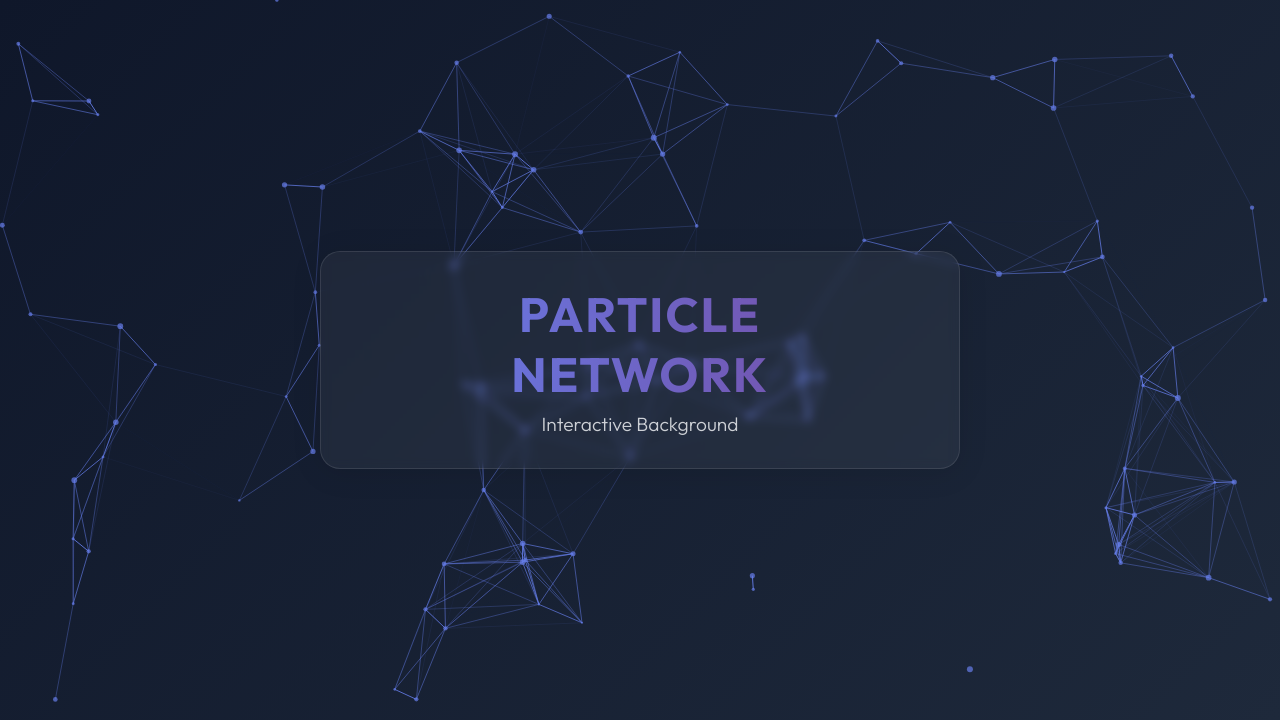
Repository: Shaeel-0005/Drinking-Water-Delivery-System
Page: AquaFlow_Final/particle_network/index.html
An editor plug-in stored every save of this project. The page is shown before and after the next save, followed by the edit.
The browser window is 1280 px wide. The page is 1280 px wide, then 1288 px, then 1280 px, so the pictures cover 1288 px, including what lies to the right of the window. The pictures show the whole page.

Above is the page before, as saved 2026-01-22 21:00:17.

After the next save:
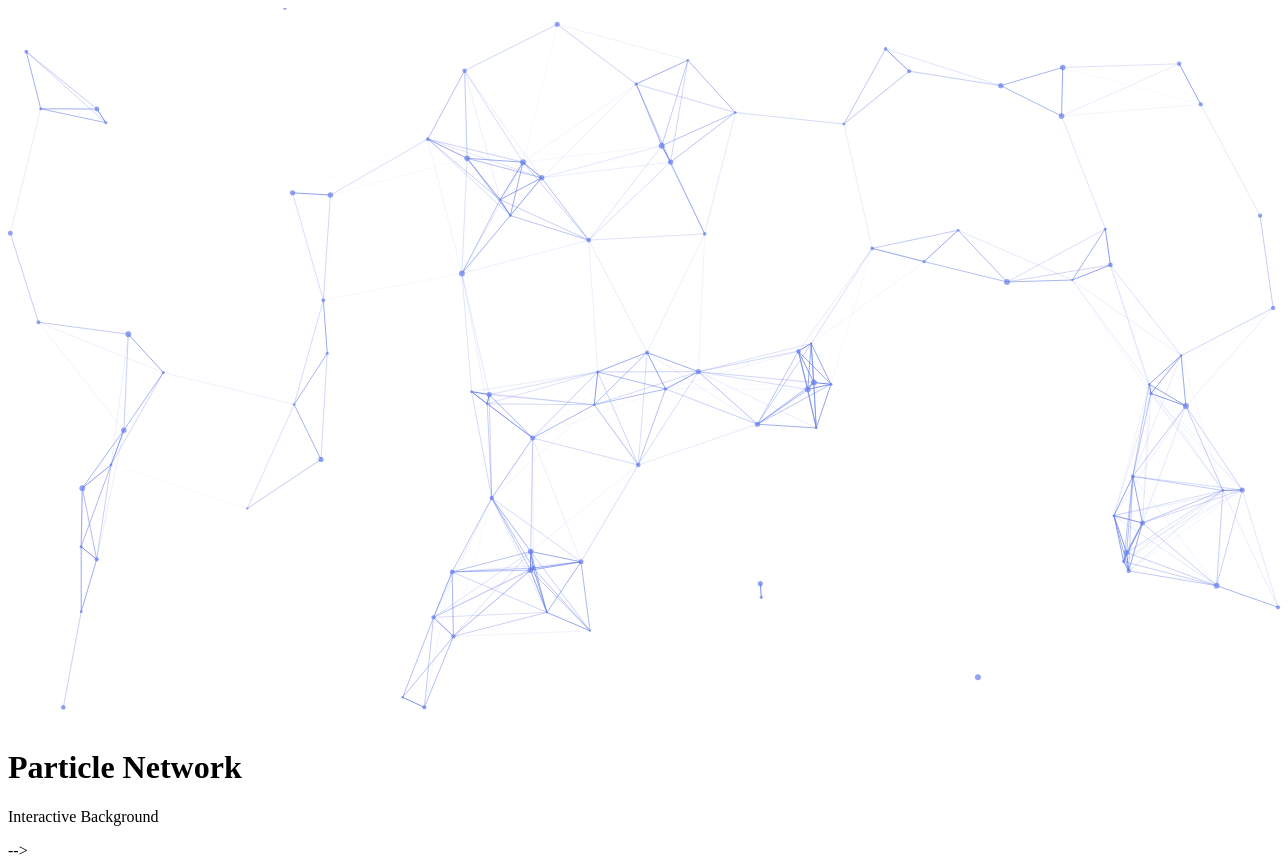
Saved 29 min 23 s later.
--- a/AquaFlow_Final/particle_network/index.html
+++ b/AquaFlow_Final/particle_network/index.html
@@ -1,4 +1,4 @@
-<!DOCTYPE html>
+<!-- <!DOCTYPE html>
 <html lang="en">
 
 <head>
@@ -24,4 +24,4 @@
     <script src="script.js"></script>
 </body>
 
-</html>
+</html> -->

After the save that followed:
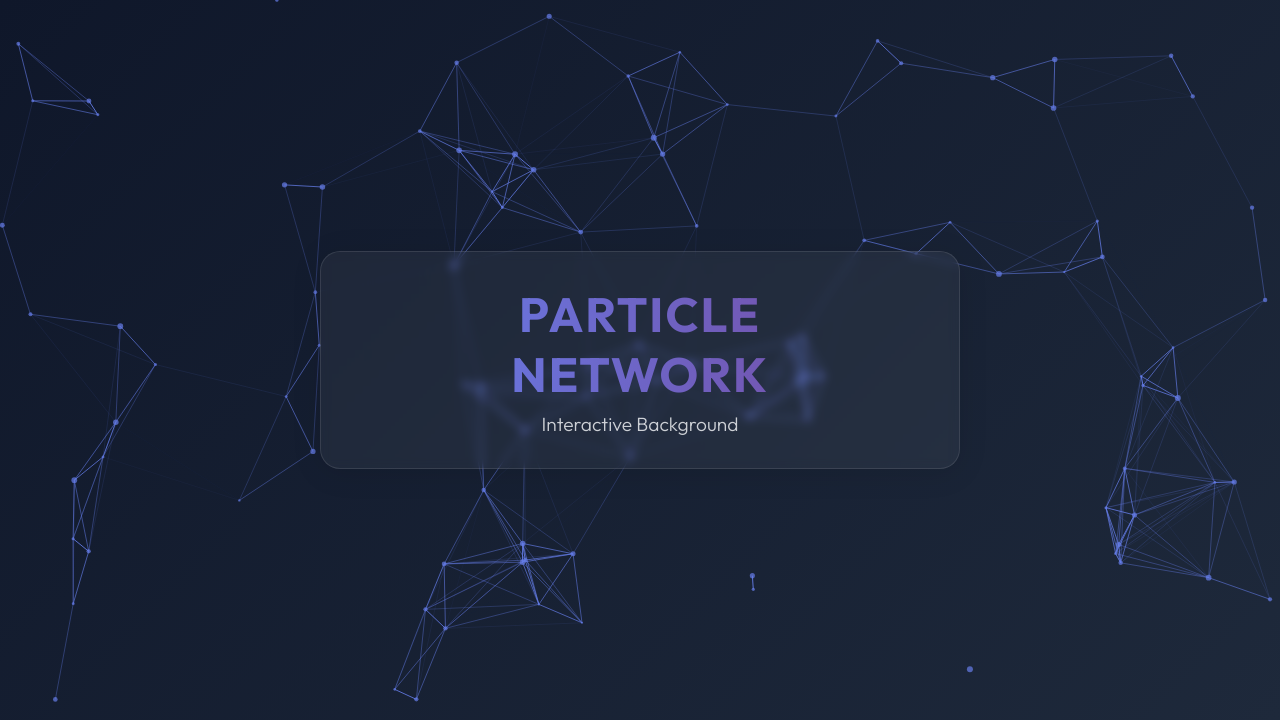
Saved 5 s later.
--- a/AquaFlow_Final/particle_network/index.html
+++ b/AquaFlow_Final/particle_network/index.html
@@ -1,4 +1,4 @@
-<!-- <!DOCTYPE html>
+<!DOCTYPE html>
 <html lang="en">
 
 <head>
@@ -24,4 +24,4 @@
     <script src="script.js"></script>
 </body>
 
-</html> -->
+</html>
